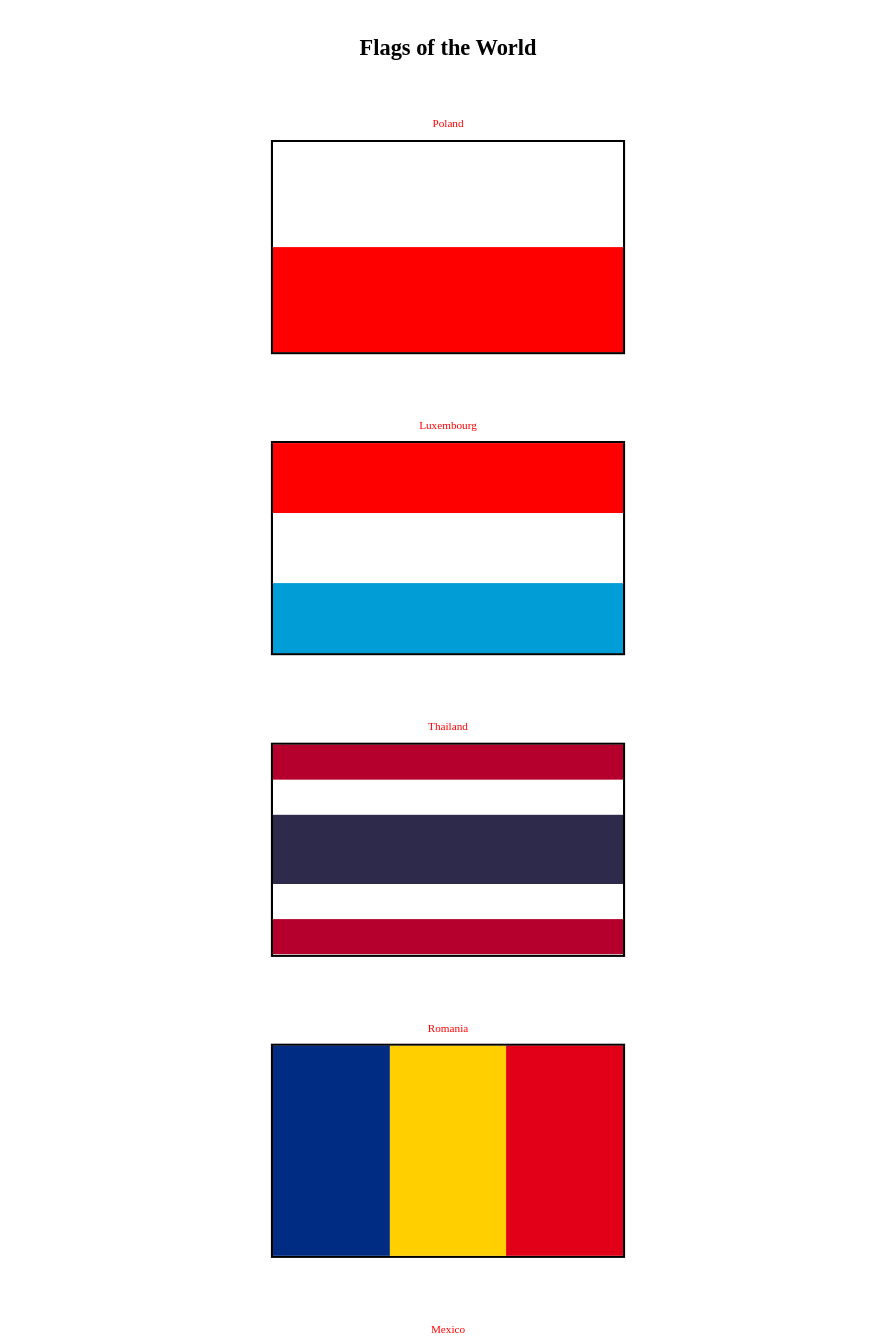
Repository: fullstack-decal-fa22/hw2-jiachenofsun
Page: index.html
The author's editor kept a copy of each file at every save. The page is drawn from the files as they stood at one save, then again after the next save.
The browser window is 1280 px wide. The pictures show the part of the page from y = 0 to 1920 px (the page is 5389 px tall), at 70% of full size.

Above is the page before, as saved 2022-09-25 15:43:59.

After the next save:
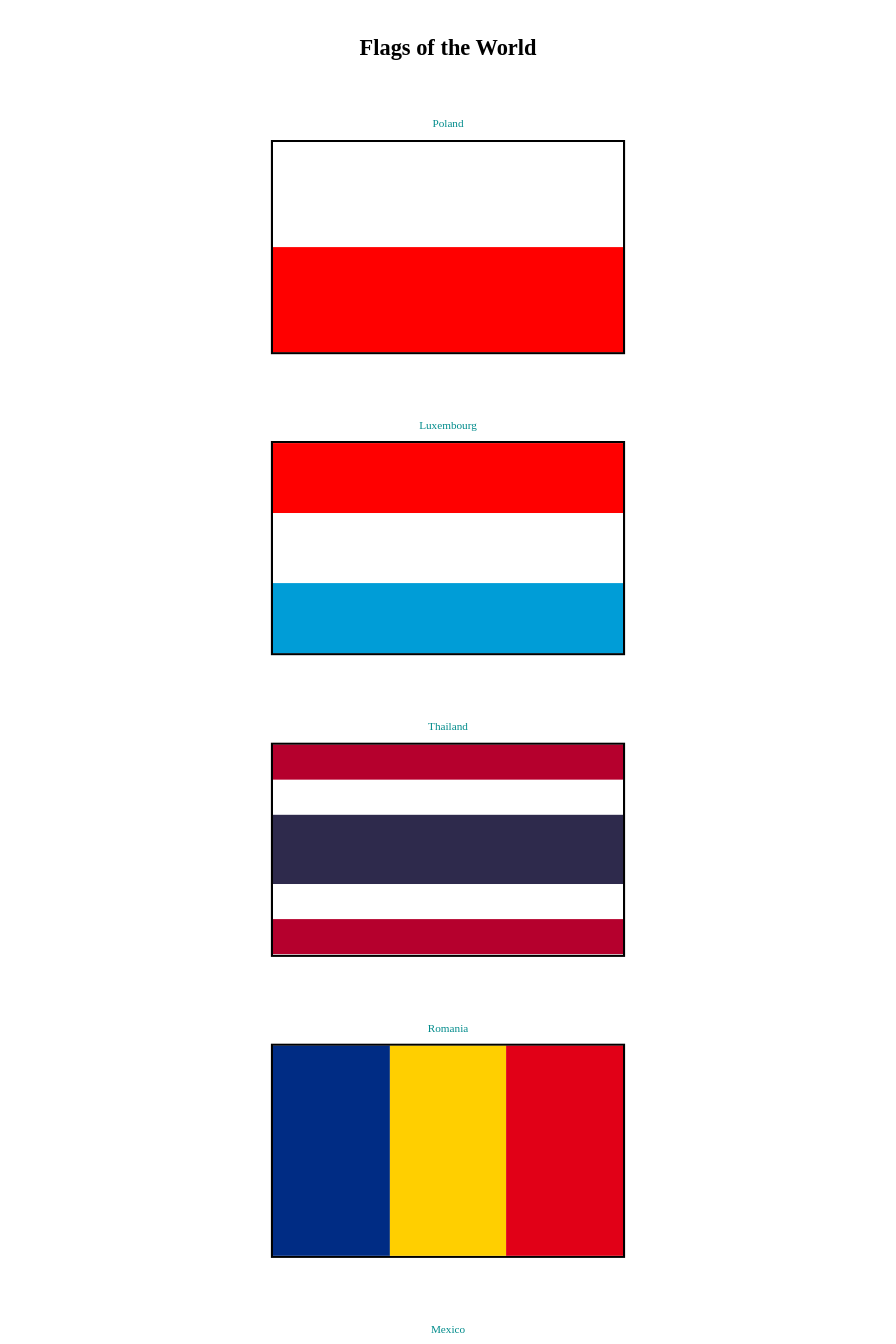
Saved 12 s later.
--- a/styles.css
+++ b/styles.css
@@ -160,7 +160,7 @@
 }
 
 .label {
-  color: red;
+  color: darkcyan;
 }
 
 /* QUESTION 6 */
